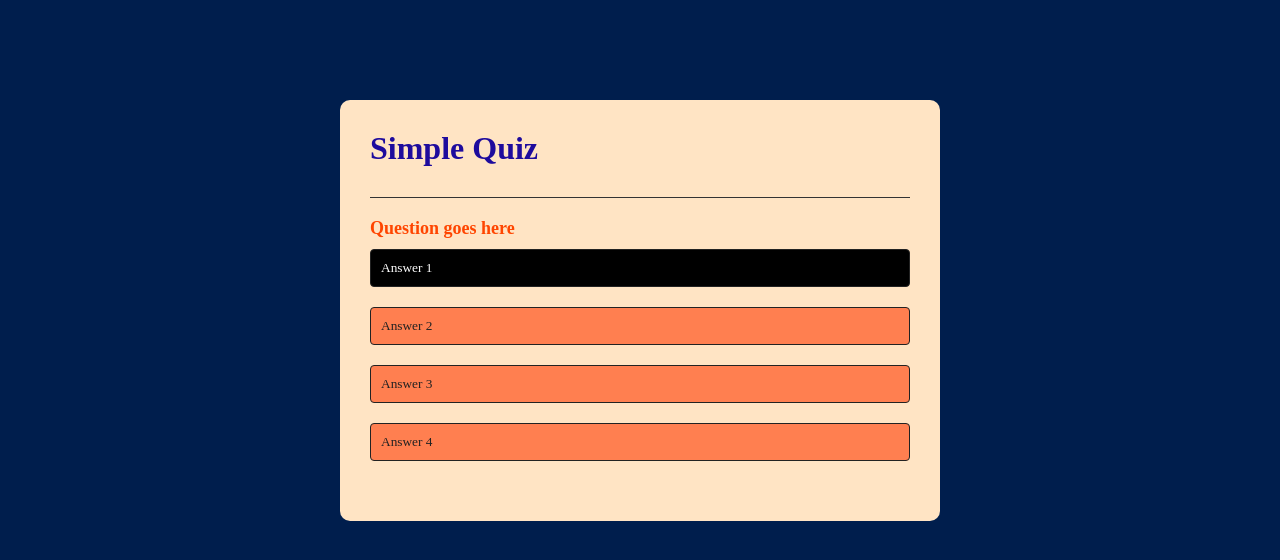
Repository: supriya123yadav/Quiz-project
Page: index.html
The author's editor kept a copy of each file at every save. The page is drawn from the files as they stood at one save, then again after the next save.
The browser window is 1280 px wide. The pictures show the whole page.
The pointer rests on the first visible `.btn`.

Above is the page before, as saved 2024-07-07 15:58:23.

After the next save:
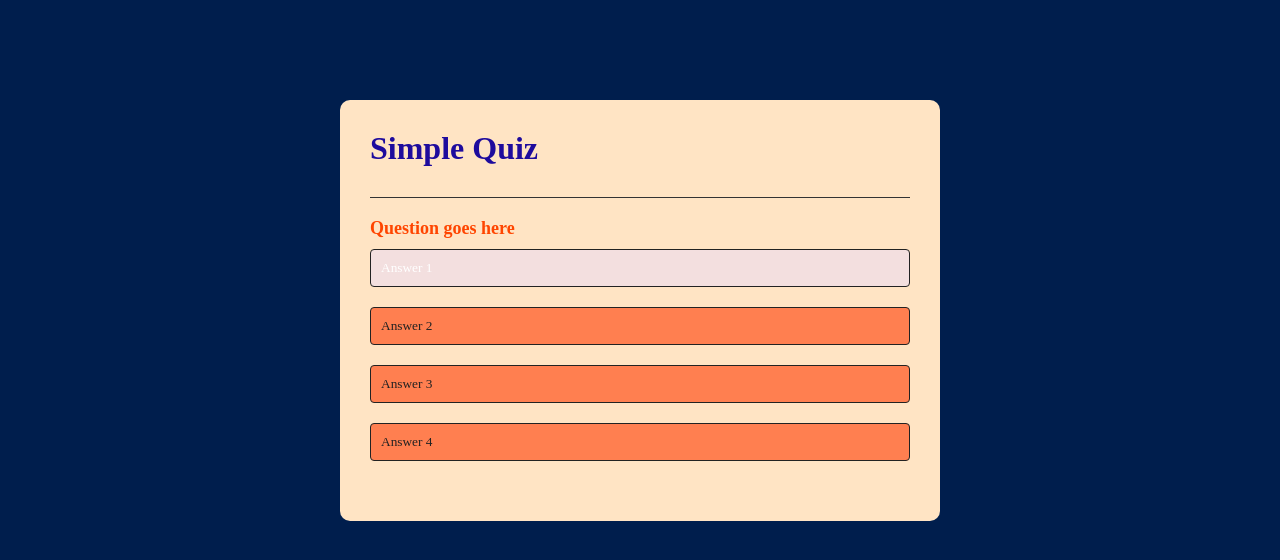
Saved 33 s later.
--- a/style.css
+++ b/style.css
@@ -47,7 +47,7 @@
     cursor: pointer;
 }
 .btn:hover{
-    background: black;
+    background: rgb(243, 223, 223);
     color: white;
 
 
